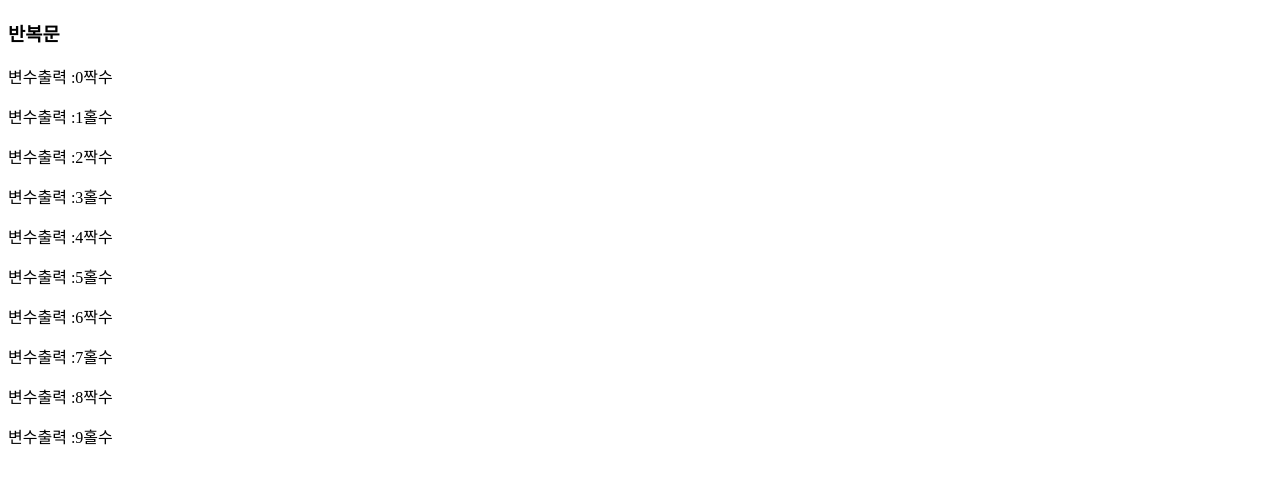
Repository: kvmhyvmvn/Study_JspServlet
Page: http://localhost/03.Tag/01.Script/Ex03For.jsp
The author's editor kept a copy of each file at every save. The page is drawn from the files as they stood at one save, then again after the next save.
The browser window is 1280 px wide. The pictures show the whole page.
The page is served by Tomcat 9.

Above is the page before, as saved 2023-05-19 02:29:51.

After the next save:
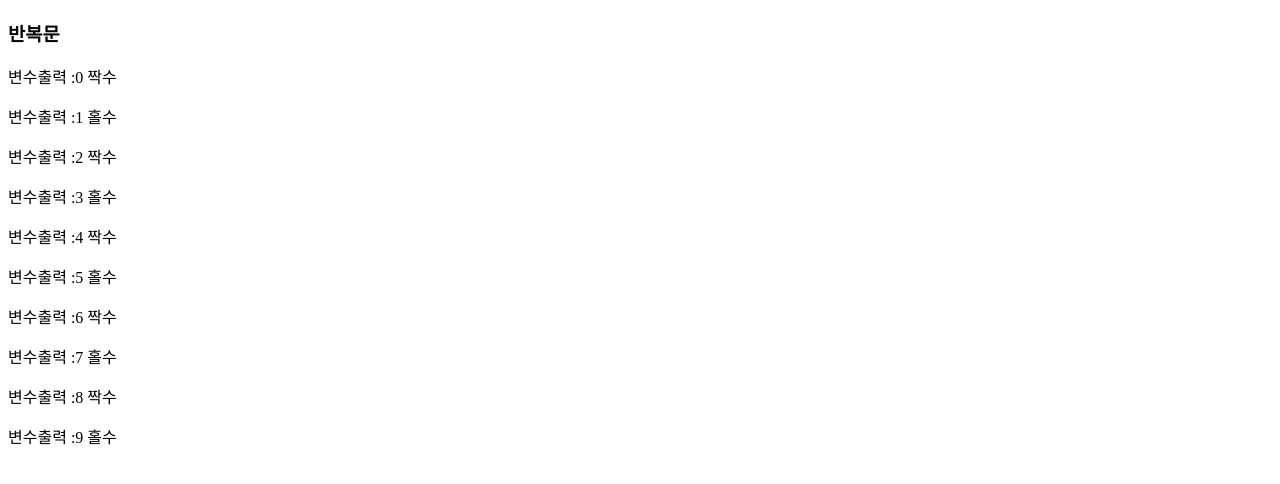
Saved 41 s later.
--- a/WorkSpace/03.Tag/src/main/webapp/01.Script/Ex03For.jsp
+++ b/WorkSpace/03.Tag/src/main/webapp/01.Script/Ex03For.jsp
@@ -11,9 +11,9 @@
 	<!--  i가 홀수인지 짝수인지를 한단해서 출력해보기. ex)변수출력 : 0 =>짝수 변수출력 1=>홀수 -->
 	<%for(int i = 0 ; i < 10 ; i ++ ){%>
 		<%if(i%2==0){ %>
-			<p>변수출력 :<%=i+"짝수"%> </p>
+			<p>변수출력 :<%=i+" 짝수"%> </p>
 		<%}else{ %>
-			<p>변수출력 :<%=i+"홀수" %> </p>
+			<p>변수출력 :<%=i+" 홀수" %> </p>
 		<%} %>
 	<%}%>
 </body>
